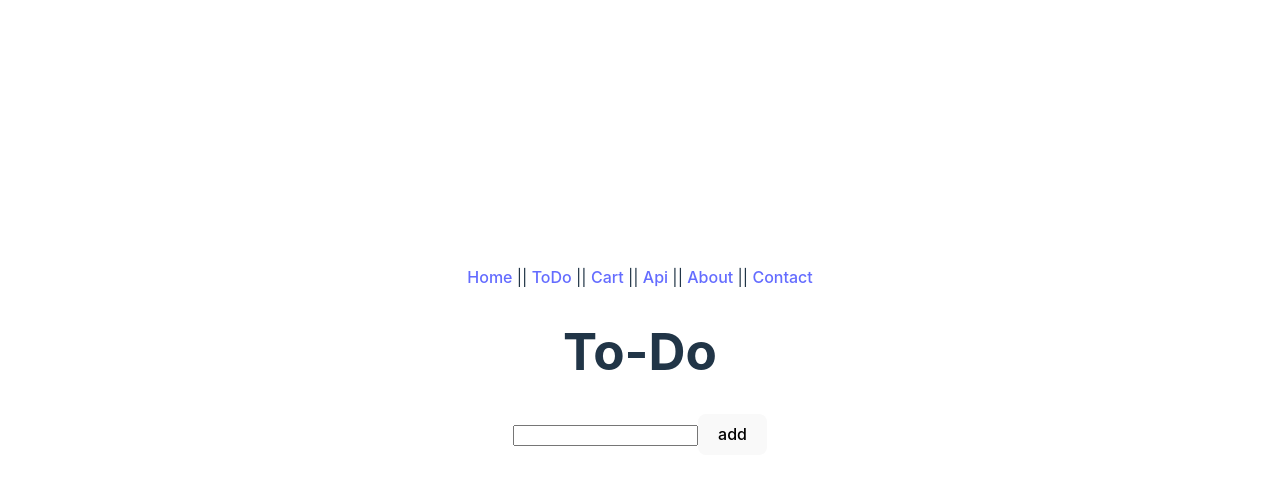
Repository: Irfan-vit/irfan_ambula
Page: /todo
An editor plug-in stored every save of this project. The page is shown before and after the next save, followed by the edit.
The browser window is 1280 px wide. The pictures show the whole page.
The project was rebuilt for these pictures with package versions that can differ from the ones it lists, and the page was loaded fresh each time. Also part of the build but not shown: vite.config.ts, src/pages/about/About.tsx, src/pages/apiFetchView/ApiFetchView.tsx, src/pages/contact/Contact.tsx, src/pages/home/Home.tsx, src/pages/shoppingCart/ShoppingCart.tsx.

Above is the page before, as saved 2023-12-18 00:55:59.

After the next save:
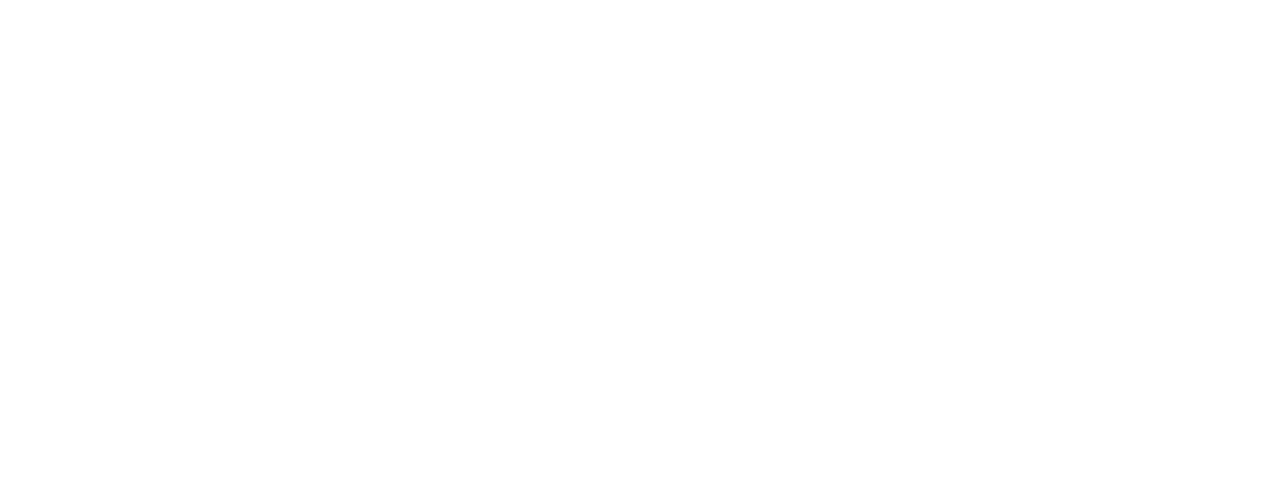
Console error: ReferenceError: handleFormSubmit is not defined
Saved 26 s later.
--- a/src/pages/toDo/ToDo.tsx
+++ b/src/pages/toDo/ToDo.tsx
@@ -1,7 +1,7 @@
 const ToDo: React.FC = () => {
-    function handleFormSubmit(e) {
-        e.preventDefault();
-    }
+    // function handleFormSubmit(e) {
+    //     e.preventDefault();
+    // }
     return (
         <>
             <h1>To-Do</h1>

After the save that followed:
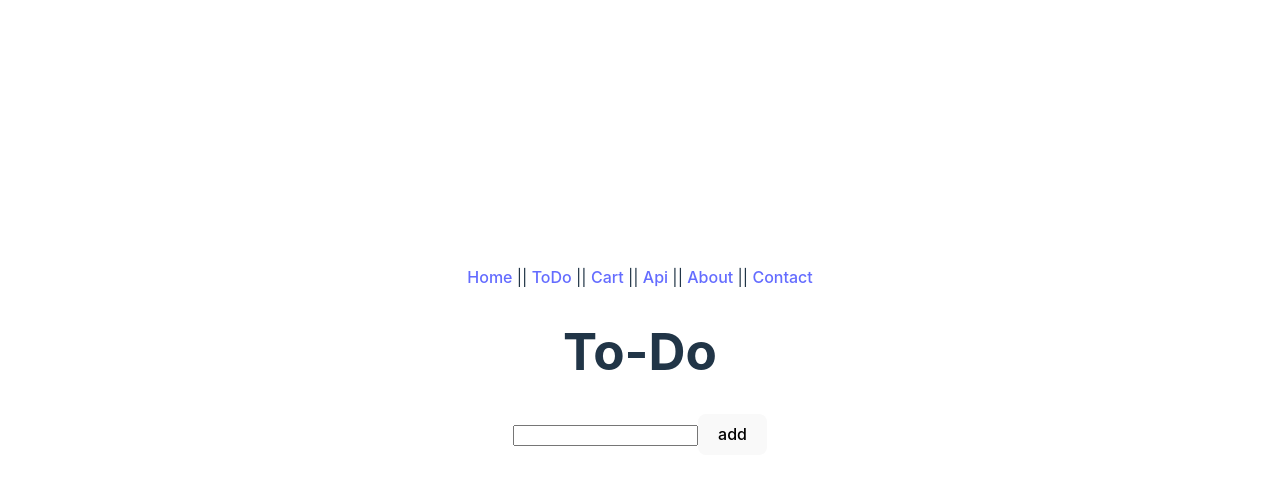
The error is gone.
Saved 6 s later.
--- a/src/pages/toDo/ToDo.tsx
+++ b/src/pages/toDo/ToDo.tsx
@@ -5,7 +5,7 @@
     return (
         <>
             <h1>To-Do</h1>
-            <form onSubmit={handleFormSubmit}>
+            <form >
                 <input type="text" />
                 <button>add</button>
             </form>
